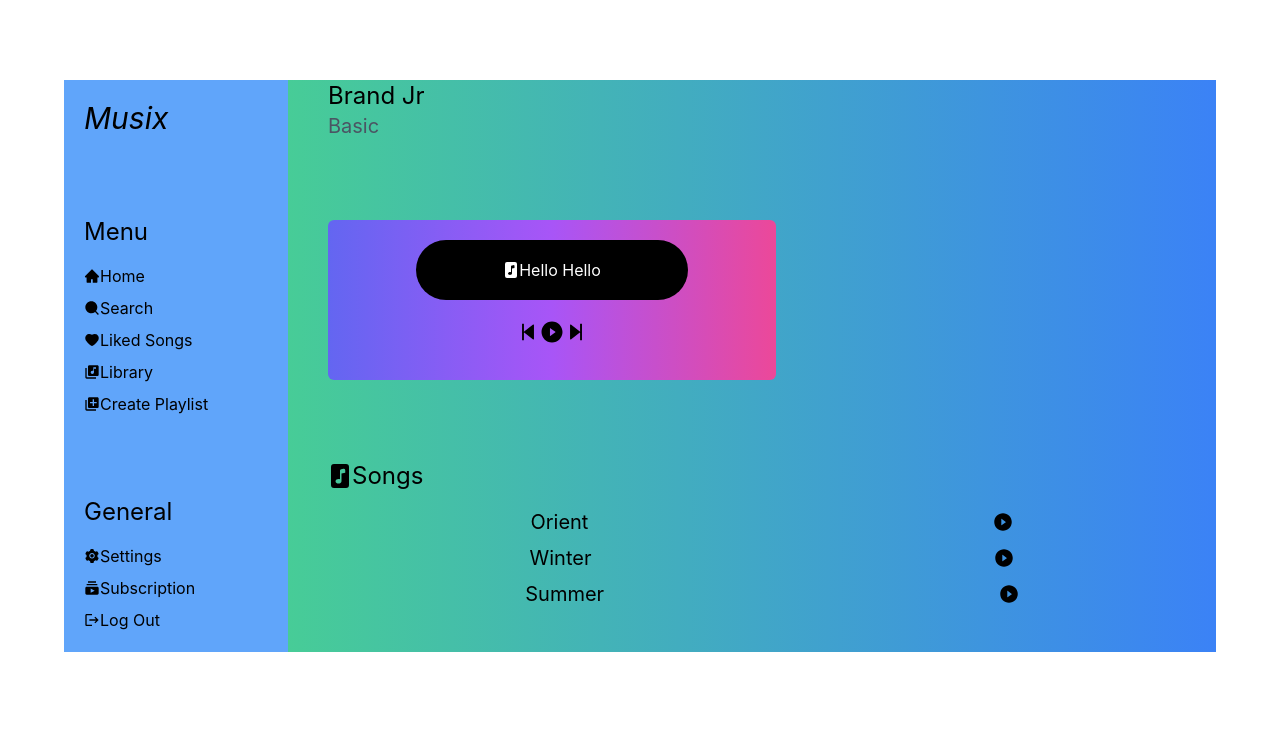
Repository: brandford7/music-player
Page: /
The author's editor kept a copy of each file at every save. The page is drawn from the files as they stood at one save, then again after the next save.
The browser window is 1280 px wide. The pictures show the whole page.
The project was rebuilt for these pictures with package versions that can differ from the ones it lists, and the page was loaded fresh each time. The framework's server and built-in components were replaced by stand-ins that run in the browser. Also part of the build but not shown: next.config.js.

Above is the page before, as saved 2022-11-18 13:05:41.

### pages/index.js
import Head from "next/head";
import Image from "next/image";
import { MusicCard, Sidebar, SongList, UserAvatar } from "../components";

export default function Home() {
  return (
    <div className="flex mx-auto max-w-6xl my-20 space-x-10 bg-gradient-to-r from-green-400 to-blue-500">
      <Head>
        <title>Music Player</title>
        <meta name="description" content="Generated by create next app" />
        <link rel="icon" href="/favicon.ico" />
      </Head>
      <aside>
        <Sidebar />
      </aside>
      <main className="flex flex-col flex-1 space-y-20">
        <UserAvatar name="Brand Jr" subscription="Basic" />
        <MusicCard title="Hello Hello" />
        <SongList />
      </main>
    </div>
  );
}

### styles/globals.css
@tailwind base;
@tailwind components;
@tailwind utilities;



html,
body {
  padding: 0;
  margin: 0;
  font-family: -apple-system, BlinkMacSystemFont, Segoe UI, Roboto, Oxygen,
    Ubuntu, Cantarell, Fira Sans, Droid Sans, Helvetica Neue, sans-serif;
}

a {
  color: inherit;
  text-decoration: none;
}

* {
  box-sizing: border-box;
}

@media (prefers-color-scheme: dark) {
  html {
    color-scheme: dark;
  }
  body {
    color: white;
    background: black;
  }
}

### components/index.js
export { default as Sidebar } from './Sidebar';
export { default as UserAvatar } from './UserAvatar';
export { default as MusicCard } from './MusicCard';
export { default as MusicButton } from './MusicButton';
export { default as SongList } from './SongList';

### components/Sidebar.jsx
import React from "react";
import { AiFillHome, AiFillHeart, AiFillSetting } from "react-icons/ai";
import {
  MdLibraryMusic,
  MdLibraryAdd,
  MdLogout,
  MdSubscriptions,
} from "react-icons/md";
import { RiSearchFill } from "react-icons/ri";

const Sidebar = () => {
  return (
    <div className="flex flex-col space-y-20 bg-blue-400 p-5  w-56">
      <section>
        <h1 className="text-3xl italic">Musix</h1>
      </section>
      <section>
        <h2 className="mb-4 text-2xl">Menu</h2>
        <ul className="space-y-2">
          <li className="flex items-center ">
            <AiFillHome />
            Home
          </li>
          <li className="flex items-center ">
            <RiSearchFill />
            Search
          </li>
          <li className="flex items-center ">
            <AiFillHeart />
            Liked Songs
          </li>
          <li className="flex items-center ">
            <MdLibraryMusic />
            Library
          </li>
          <li className="flex items-center ">
            <MdLibraryAdd />
            Create Playlist
          </li>
        </ul>
      </section>
      <section>
        <h2 className="mb-4 text-2xl">General</h2>
        <ul className="space-y-2">
          <li className="flex items-center ">
            <AiFillSetting />
            Settings
          </li>
          <li className="flex items-center ">
            <MdSubscriptions />
            Subscription
          </li>
          <li className="flex items-center ">
            <MdLogout />
            Log Out
          </li>
        </ul>
      </section>
    </div>
  );
};

export default Sidebar;

### components/UserAvatar.jsx
import React from "react";

const UserAvatar = ({ image, name, subscription }) => {
  return (
    <div className="flex flex-col">
      <img src={image} alt="" />
      <h2 className="text-2xl">{name}</h2>
      <p className="text-gray-600 text-xl"> {subscription}</p>
    </div>
  );
};

export default UserAvatar;

### components/MusicCard.jsx
import React from "react";
import { BsFillFileMusicFill } from "react-icons/bs";
import MusicButton from "./MusicButton";
import {
  AiFillPlayCircle,
  AiFillStepBackward,
  AiFillStepForward,
} from "react-icons/ai";

const MusicCard = ({ title }) => {
  return (
    <div className=" flex flex-col items-center space-y-5 p-5 max-w-md rounded-md h-40 w-4/5 bg-gradient-to-r from-indigo-500 via-purple-500 to-pink-500">
      <section className="flex items-center justify-center rounded-full h-2/4 w-2/3 bg-black text-white">
       < BsFillFileMusicFill/>
              {title}
      </section>
      <section className="flex items-center justify-center text-2xl">
        <MusicButton icon={<AiFillStepBackward />} />
        <MusicButton icon={<AiFillPlayCircle />} />
        <MusicButton icon={<AiFillStepForward />} />
      </section>
    </div>
  );
};

export default MusicCard;

### components/MusicButton.jsx
import React from 'react'

const MusicButton = ({icon}) => {
  return (
      <div>{icon}</div>
  )
}

export default MusicButton

### components/SongList.jsx
import React from "react";
import { BsFillFileMusicFill } from "react-icons/bs";
import { AiFillPlayCircle } from "react-icons/ai";
import MusicButton from "./MusicButton";

const SongList = () => {
  return (
    <div>
      <h1 className="flex items-center space-x-5 text-2xl mb-4">
        <BsFillFileMusicFill />
        Songs
      </h1>
      <section>
        <ul className="flex flex-col text-xl space-y-2">
          <li className="flex items-center justify-around ">
            Orient <MusicButton icon={<AiFillPlayCircle />} />
          </li>
          <li className="flex items-center justify-around ">
            Winter <MusicButton icon={<AiFillPlayCircle />} />
          </li>
          <li className="flex items-center justify-around ">
            Summer <MusicButton icon={<AiFillPlayCircle />} />
          </li>
        </ul>
      </section>
    </div>
  );
};

export default SongList;

Loaded but not shown: pages/_app.js (common file); tailwind.config.js (common file)

After the next save:
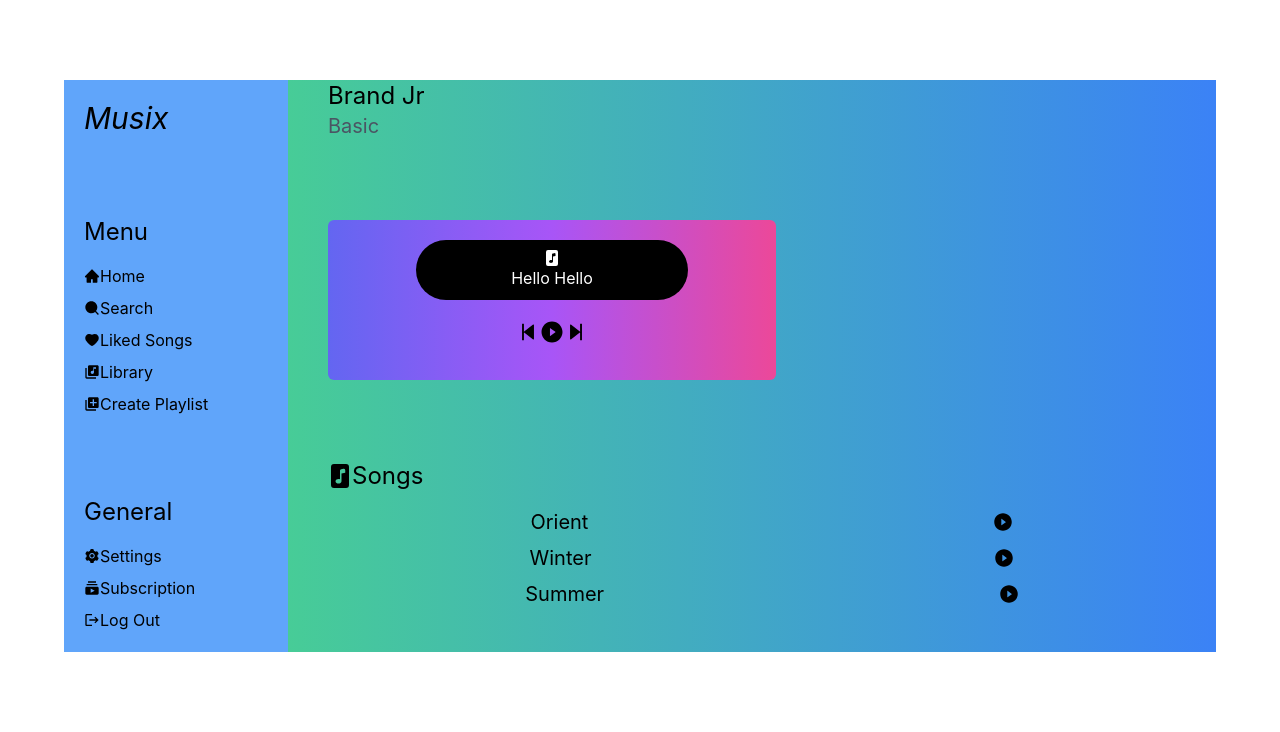
Saved 21 s later.
--- a/components/MusicCard.jsx
+++ b/components/MusicCard.jsx
@@ -10,7 +10,7 @@ import {
 const MusicCard = ({ title }) => {
   return (
     <div className=" flex flex-col items-center space-y-5 p-5 max-w-md rounded-md h-40 w-4/5 bg-gradient-to-r from-indigo-500 via-purple-500 to-pink-500">
-      <section className="flex items-center justify-center rounded-full h-2/4 w-2/3 bg-black text-white">
+      <section className="flex flex-col items-center justify-center rounded-full h-2/4 w-2/3 bg-black text-white">
        < BsFillFileMusicFill/>
               {title}
       </section>
